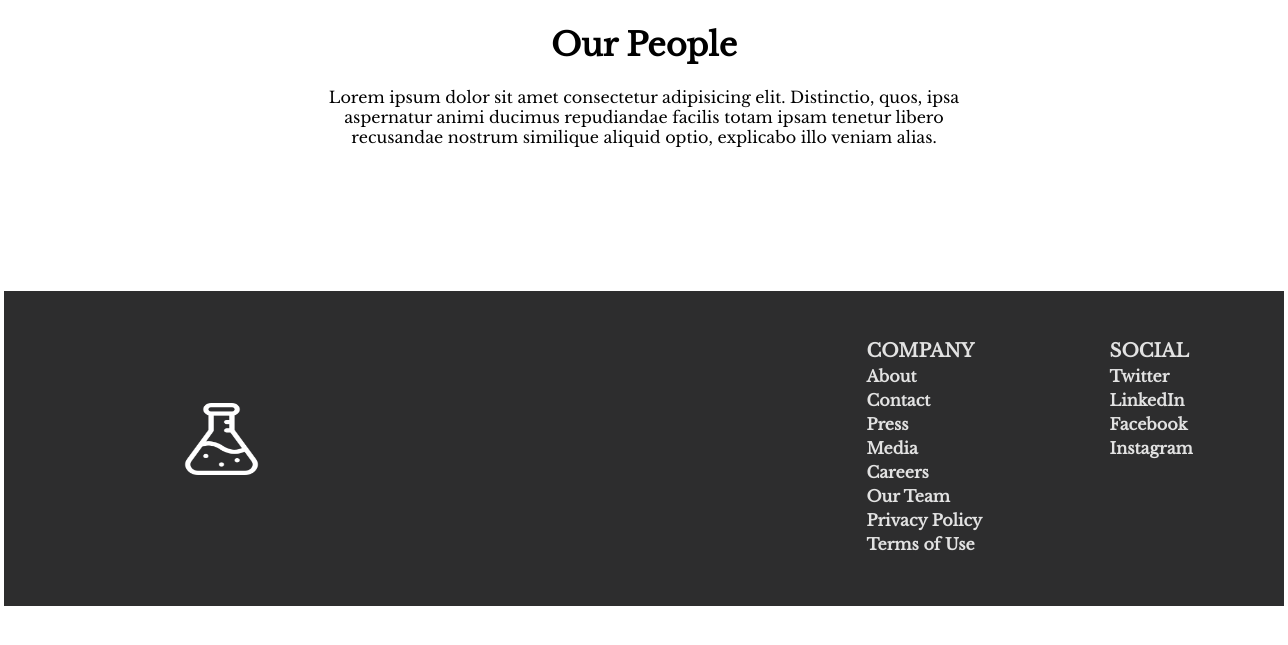
Repository: Tsardines/app
Page: / (app in my-app/)
The author's editor kept a copy of each file at every save. The page is drawn from the files as they stood at one save, then again after a run of saves.
The browser window is 1280 px wide. The page is 1288 px wide, so the pictures cover 1288 px, including what lies to the right of the window. The pictures show the whole page.
The page's requests for data from a server got no answer. The project was rebuilt for these pictures with package versions that can differ from the ones it lists, and the page was loaded fresh each time. No one was signed in, and anything a server would have sent is missing.

Above is the page before, as saved 2018-11-14 20:19:16.

### my-app/public/index.html
<!DOCTYPE html>
<html lang="en">
  <head>
    <meta charset="utf-8">
    <meta name="viewport" content="width=device-width, initial-scale=1, shrink-to-fit=no">
    <meta name="theme-color" content="#000000">
    <!--
      manifest.json provides metadata used when your web app is added to the
      homescreen on Android. See https://developers.google.com/web/fundamentals/web-app-manifest/
    -->
    <link rel="manifest" href="%PUBLIC_URL%/manifest.json">
    <link href="https://fonts.googleapis.com/css?family=Libre+Baskerville" rel="stylesheet">
    <!--
      Notice the use of %PUBLIC_URL% in the tags above.
      It will be replaced with the URL of the `public` folder during the build.
      Only files inside the `public` folder can be referenced from the HTML.

      Unlike "/favicon.ico" or "favicon.ico", "%PUBLIC_URL%/favicon.ico" will
      work correctly both with client-side routing and a non-root public URL.
      Learn how to configure a non-root public URL by running `npm run build`.
    -->
    <title>React App</title>
  </head>
  <body>
    <noscript>
      You need to enable JavaScript to run this app.
    </noscript>
    <div id="root"></div>
    <!--
      This HTML file is a template.
      If you open it directly in the browser, you will see an empty page.

      You can add webfonts, meta tags, or analytics to this file.
      The build step will place the bundled scripts into the <body> tag.

      To begin the development, run `npm start` or `yarn start`.
      To create a production bundle, use `npm run build` or `yarn build`.
    -->
  </body>
</html>

### my-app/src/index.css
body {
  margin: 0;
  padding: 0;
  font-family: 'Libre Baskerville', serif;
  -webkit-font-smoothing: antialiased;
  -moz-osx-font-smoothing: grayscale;
}

code {
  font-family: source-code-pro, Menlo, Monaco, Consolas, "Courier New",
    monospace;
}

### my-app/src/App.js
import React, { Component } from 'react';

import Footer from './components/Footer.js';
import './App.css';

class App extends Component {
  constructor(props) {
    super(props);

    this.state = {
      items: []
    };
    this.componentWillMount = this.componentWillMount.bind(this);
  }

  componentWillMount() {
    fetch('https://api.myjson.com/bins/vz2rm')
    .then(res => res.json())
    .then(data => {
      this.setState({ items: data });
    });
  }


  render() {

    const { items } = this.state;

    return (
      <div className="App">

      <span className="our-people"><h1>Our People</h1></span>
      <span className="intro"><p>Lorem ipsum dolor sit amet consectetur adipisicing elit. Distinctio, quos, ipsa aspernatur animi ducimus repudiandae facilis totam ipsam tenetur libero recusandae nostrum similique aliquid optio, explicabo illo veniam alias.</p></span>

          { items.map((item, num) => {
              return (

                <div className="people">

                  <div className="elem">
                    <p key={num}>{item.elems}</p>
                  </div>

                    <p key={num}><strong>{item.name}</strong></p>
                    <p key={num}><small>{item.title}</small></p>

                  <div className="hidden">
                    <p key={num}>{item.email}</p>
                    <p key={num}><strong>Office: </strong>{item.office}</p>
                  </div>

                </div>

              );

            })}

            <Footer />

      </div>
    );
  }
}


export default App;

### my-app/src/components/Footer.js
import React from 'react';
import './Footer.css';
import beaker from './beaker.png';

const Footer = () => {
  return (

    <div className="footer">

    <img src={beaker} alt="beaker" className="beaker"></img>

        <div className="left">
            <ul>
                <span className="footer-title"><li><strong>Company</strong></li></span>
                <a href="#"><li>About</li></a>
                <a href="#"><li>Contact</li></a>
                <a href="#"><li>Press</li></a>
                <a href="#"><li>Media</li></a>
                <a href="#"><li>Careers</li></a>
                <a href="#"><li>Our Team</li></a>
                <a href="#"><li>Privacy Policy</li></a>
                <a href="#"><li>Terms of Use</li></a>
            </ul>
        </div>

        <div className="right">
            <ul>
                <span className="footer-title"><li><strong>Social</strong></li></span>
                <a href="#"><li>Twitter</li></a>
                <a href="#"><li>LinkedIn</li></a>
                <a href="#"><li>Facebook</li></a>
                <a href="#"><li>Instagram</li></a>
            </ul>
        </div>

    </div>
  );
}

export default Footer;

### my-app/src/App.css
.App {
  display: flex;
  flex-direction: column;
  flex-flow: row nowrap;
  flex-wrap: wrap;
  max-width: 100%;
  overflow-x: hidden;
  padding: 0.25em;
  text-align: center;
  width: 100%;
}

.our-people {
  text-align: center;
  width: 100%;
}

.intro p {
  margin: auto;
  padding-bottom: 5em;
  width: 50%;
}

.people {
  background-color: #f8f8f8;
  border: 1px solid rgb(252, 244, 234);
  height: 22.5vh;
  margin: 0.5em;
  /* max-height: 22vh;
  max-width: 13vw; */
  /* min-height: 22vh;
  min-width: 13vw; */
  padding: 1.5em;
  text-align: left;
  width: 12vw;
}

.elem {
  font-size: 3.45em;
  margin-bottom: -1em;
  margin-top: -1em;
}

.elem:hover {
  color: #87f0f9;
  transition: 0.2s;
}

.hidden {
  font-size: 0.75em;
  opacity: 0.15;
}

.hidden:hover {
  opacity: 1;
  transition: 0.4s;
}

### my-app/src/components/Footer.css
.footer {
    background-color: #2d2d2e;
    color: rgb(226, 226, 226);
    display: flex;
    font-weight: bold;
    justify-content: flex-end;
    margin-top: 4em;
    overflow-x: hidden;
    padding: 2em;
    text-align: left;
    width: 100%;
}

.footer a {
    color: rgb(226, 226, 226);
    text-decoration: none;
}

.footer a:hover {
    color: turquoise;
}

.left ul li, .right ul li {
    font-size: 1em;
    list-style-type: none;
    padding-bottom: 0.25em;
}

.left {
    float: left;
    width: 20%;
}

.right {
    float: right;
    width: 15%;
}

.footer-title {
    font-size: 1.15em;
    text-transform: uppercase;
}

.beaker {
    height: 10vh;
    margin: 5em 35em 0 0;
    width: 7vw;
}

Loaded but not shown: my-app/src/index.js (common file); my-app/src/serviceWorker.js (common file)

After the next 2 saves:
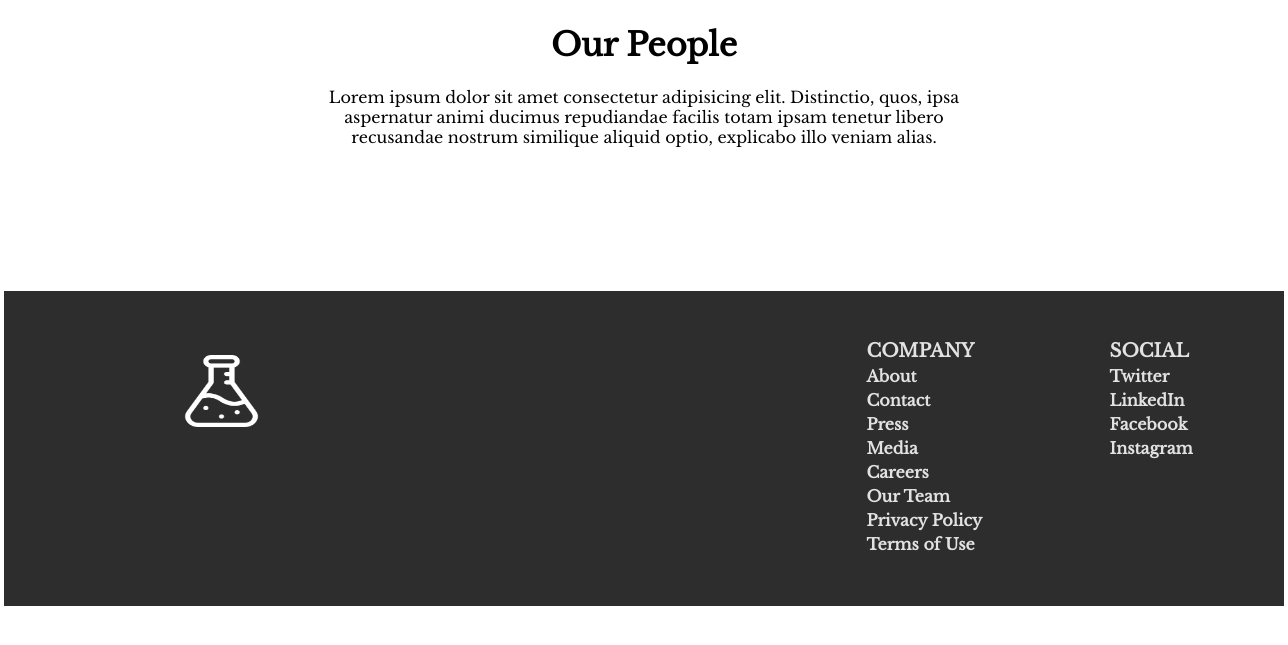
The 2 saves are shown as one change because they came seconds apart.
The last was saved 7 s later.
--- a/my-app/src/components/Footer.css
+++ b/my-app/src/components/Footer.css
@@ -43,6 +43,6 @@
 
 .beaker {
     height: 10vh;
-    margin: 5em 35em 0 0;
+    margin: 2em 35em 0 0;
     width: 7vw;
 }
